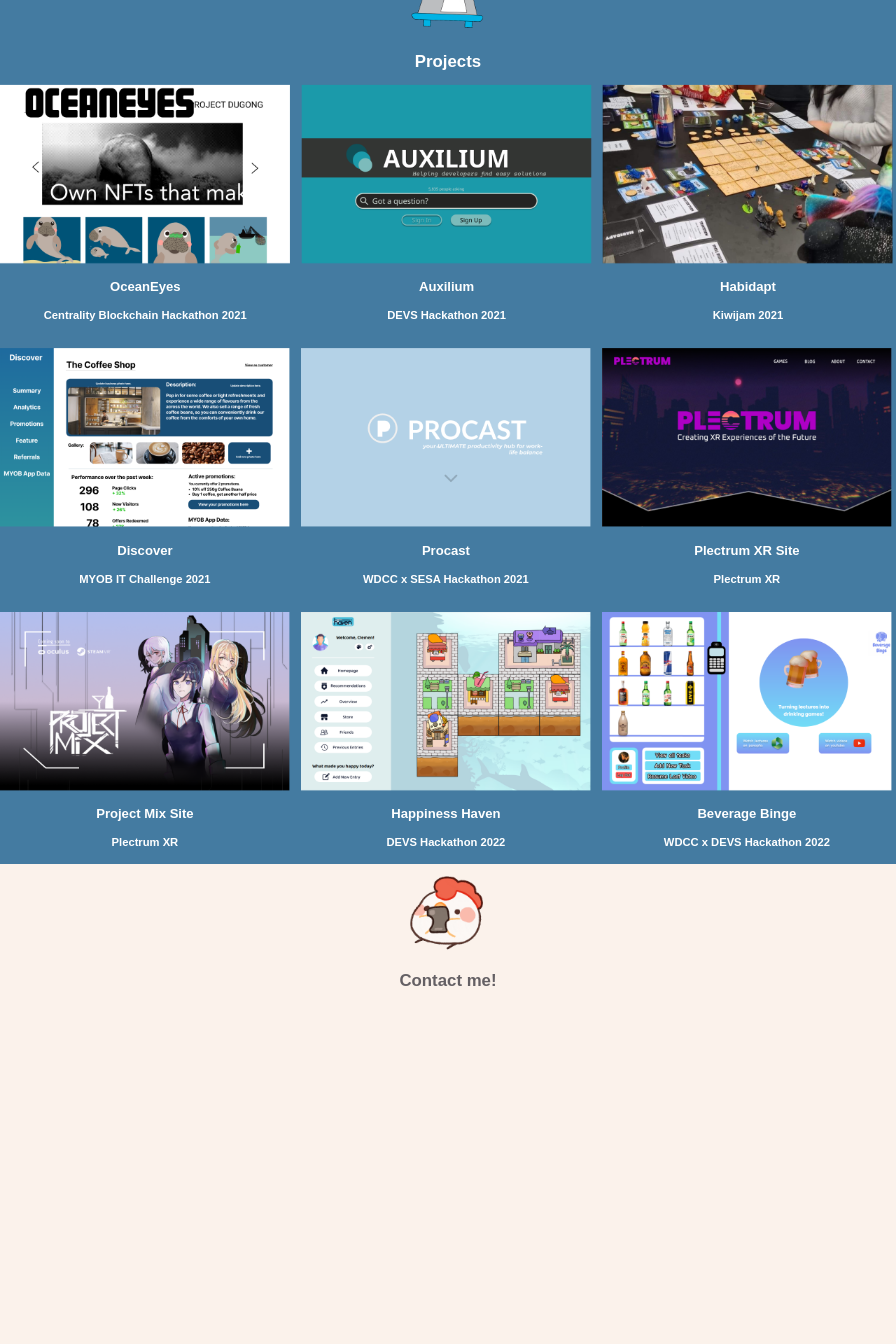
Repository: lukisoo/lukisoo-portfolio
Page: /
The author's editor kept a copy of each file at every save. The page is drawn from the files as they stood at one save, then again after a run of saves.
The browser window is 1280 px wide. The pictures show the part of the page from y = 1505 to 3425 px (the page is 3460 px tall before and 3490 px after), at 70% of full size.
The project was rebuilt for these pictures with package versions that can differ from the ones it lists, and the page was loaded fresh each time.

Above is the page before, as saved 2022-07-31 17:23:11.

### public/index.html
<!DOCTYPE html>
<html lang="en">
  <head>
    <meta charset="utf-8" />
    <link rel="icon" href="%PUBLIC_URL%/favicon.ico" />
    <meta name="viewport" content="width=device-width, initial-scale=1" />
    <meta name="theme-color" content="#000000" />
    <meta
      name="description"
      content="Web site created using create-react-app"
    />
    <link rel="apple-touch-icon" href="%PUBLIC_URL%/logo192.png" />
    <!--
      manifest.json provides metadata used when your web app is installed on a
      user's mobile device or desktop. See https://developers.google.com/web/fundamentals/web-app-manifest/
    -->
    <link rel="manifest" href="%PUBLIC_URL%/manifest.json" />
    <!--
      Notice the use of %PUBLIC_URL% in the tags above.
      It will be replaced with the URL of the `public` folder during the build.
      Only files inside the `public` folder can be referenced from the HTML.

      Unlike "/favicon.ico" or "favicon.ico", "%PUBLIC_URL%/favicon.ico" will
      work correctly both with client-side routing and a non-root public URL.
      Learn how to configure a non-root public URL by running `npm run build`.
    -->
    <title>Lucy Zhu's Portfolio</title>
  </head>
  <body>
    <noscript>You need to enable JavaScript to run this app.</noscript>
    <div id="root"></div>
    <!--
      This HTML file is a template.
      If you open it directly in the browser, you will see an empty page.

      You can add webfonts, meta tags, or analytics to this file.
      The build step will place the bundled scripts into the <body> tag.

      To begin the development, run `npm start` or `yarn start`.
      To create a production bundle, use `npm run build` or `yarn build`.
    -->
  </body>
</html>

### src/index.js
import React from "react";
import {
  BrowserRouter as Router,
  Route,
  BrowserRouter,
} from "react-router-dom";
import ReactDOM from "react-dom/client";
import "./index.css";
import App from "./App";
import reportWebVitals from "./reportWebVitals";

const root = ReactDOM.createRoot(document.getElementById("root"));
root.render(
  <React.StrictMode>
    <BrowserRouter>
        <App />
    </BrowserRouter>
  </React.StrictMode>
);

// If you want to start measuring performance in your app, pass a function
// to log results (for example: reportWebVitals(console.log))
// or send to an analytics endpoint. Learn more: https://bit.ly/CRA-vitals
reportWebVitals();

### src/index.css
@import url('https://fonts.googleapis.com/css2?family=Source+Sans+Pro:ital,wght@0,200;0,300;0,400;0,600;0,700;0,900;1,200;1,300;1,400;1,600;1,700;1,900&display=swap');

body {
  margin: 0;
  /* font-family: -apple-system, BlinkMacSystemFont, 'Segoe UI', 'Roboto', 'Oxygen',
    'Ubuntu', 'Cantarell', 'Fira Sans', 'Droid Sans', 'Helvetica Neue',
    sans-serif; */
    font-family: arial;
  -webkit-font-smoothing: antialiased;
  -moz-osx-font-smoothing: grayscale;
  background-color: #447BA1;
  color: white;
  /* font-family: 'Source Sans Pro', sans-serif; */
  overflow-x: hidden;
  scroll-behavior: smooth;
}

code {
  font-family: source-code-pro, Menlo, Monaco, Consolas, 'Courier New',
    monospace;
}

a {
  text-decoration: none;
}

### src/App.js
import "./App.css";

import { Link } from "react-router-dom";
import { Tooltip, Grid } from "@mui/material";
import { motion } from "framer-motion";

import ProjectsData from "./data/projectsData";

import ProfilePhoto from "./images/header/profile-photo.png";
import LinkedinLogo from "./images/header/linkedin-logo.png";
import GithubLogo from "./images/header/github-logo.png";
import ExperienceLogo from "./images/about-me/experience.png";
import AchievementsLogo from "./images/about-me/achievements.png";

import Laptop from "./images/about-me/laptop.gif";
import Tools from "./images/about-me/tools.gif";
import Projects from "./images/projects-section/projects.gif";
import Contact from "./images/contact/contact.gif";

function App() {
  return (
    <div className="App">
      <header className="full-section">
        <div className="header-image">
          <img
            src={ProfilePhoto}
            className="profile-photo"
            alt="Profile Photo"
          />
        </div>

        <div className="header-content">
          <Grid container spacing={3}>
            <Grid item xs={12} md={12}>
              <motion.div
                viewport={{ once: true }}
                transition={{ duration: 1 }}
                whileInView={{ y: ["-2000px", "0px", "-50px", "0px"] }}
              >
                <h2>Hey there, I'm Lucy Zhu.</h2>
              </motion.div>
            </Grid>
            <Grid item xs={12} md={12}>
              <Tooltip title="LinkedIn">
                <a href="https://www.linkedin.com/in/lucyzhu613/">
                  <img
                    src={LinkedinLogo}
                    className="social-logo"
                    alt="Linkedin Logo"
                  />
                </a>
              </Tooltip>
              <Tooltip title="Github">
                <a href="https://github.com/lukisoo">
                  <img
                    src={GithubLogo}
                    className="social-logo"
                    alt="Github Logo"
                  />
                </a>
              </Tooltip>
            </Grid>
            <Grid item xs={12} md={12}>
              <hr className="header-divider" />
            </Grid>
            <Grid item xs={12} md={4}>
              <a href="#about-me-section">
                <div className="box-1">
                  <div className="btn btn-one">
                    <span>ABOUT ME</span>
                  </div>
                </div>
              </a>
            </Grid>
            <Grid item xs={12} md={4}>
              <a href="#projects-section">
                <div className="box-1">
                  <div className="btn btn-one">
                    <span>PROJECTS</span>
                  </div>
                </div>
              </a>
            </Grid>
            <Grid item xs={12} md={4}>
              <a href="#contact-section">
                <div className="box-1">
                  <div className="btn btn-one">
                    <span>CONTACT</span>
                  </div>
                </div>
              </a>
            </Grid>
          </Grid>
        </div>
      </header>

      <section id="about-me-section" className="full-section">
        <motion.div
          viewport={{ once: true }}
          transition={{ duration: 1 }}
          whileInView={{ y: ["-2000px", "0px", "-50px", "-25px"] }}
        ></motion.div>
        <div className="about-me-content">
          <Grid container spacing={0}>
            <Grid item xs={12} md={4}>
              <div className="about-me-left">
                {" "}
                <div className="details-content">
                  {" "}
                  <motion.div
                    viewport={{ once: true }}
                    transition={{ duration: 1 }}
                    whileInView={{ y: ["-200px", "0px", "-50px", "0px"] }}
                  >
                    <h1>About me!</h1>
                    <img
                      src={ProfilePhoto}
                      className="profile-photo"
                      alt="Profile Photo"
                    />
                    <p>Conjoint Engineering (honours) & Commerce at UoA</p>
                    <p>Software Engineering | Finance | Accounting</p>
                    <hr />
                    <p>
                      <br />
                      Currently, most of my work is in frontend or full-stack
                      development.
                      <br />
                      <br />
                    </p>
                    <hr />
                    <h3>Find out more:</h3>
                    <div className="about-me-logo-section">
                      <Tooltip title="Experience">
                        <img
                          src={ExperienceLogo}
                          className="about-me-logo"
                          alt="Experience Logo"
                        />
                      </Tooltip>
                      <Tooltip title="Achievements">
                        <img
                          src={AchievementsLogo}
                          className="about-me-logo"
                          alt="Achievements Logo"
                        />
                      </Tooltip>
                    </div>{" "}
                  </motion.div>
                </div>
              </div>
            </Grid>
            <Grid item xs={12} md={8}>
              <div className="about-me-right">
                <div className="skills-content">
                  <motion.div
                    viewport={{ once: true }}
                    transition={{ duration: 1 }}
                    whileInView={{ y: ["-200px", "0px", "-50px", "0px"] }}
                  >
                    <img src={Laptop} className="laptop-gif" alt="Laptop" />
                    <h2>Technologies</h2>
                    <p>React | Next.js | HTML | Javascript | CSS</p>
                    <p>
                      Bootstrap | Material UI | Tailwind CSS | Chakra UI | Ant
                      Design
                    </p>
                    <p>Node.js | Express.js | MySQL | MongoDB</p>
                    <p>Python | Java</p>
                    <br />{" "}
                  </motion.div>{" "}
                  <motion.div
                    viewport={{ once: true }}
                    transition={{ duration: 1 }}
                    whileInView={{ y: ["-200px", "0px", "-50px", "0px"] }}
                  >
                    <img src={Tools} className="tools-gif" alt="Tools" />
                    <h2>Other skills / tools</h2>
                    <p>
                      UI / UX Design | Traditional / Digital Art | Graphic
                      Design | Responsive Design
                    </p>
                    <p>
                      Figma | Miro | Jira | Asana | Notion | Procreate | GIMP |
                      LaTeX
                    </p>{" "}
                  </motion.div>
                </div>
              </div>
            </Grid>
          </Grid>
        </div>
      </section>

      <section id="projects-section" className="full-section-projects">
        <div>
          <img src={Projects} className="projects-gif" alt="Projects" />
          <h1>Projects</h1>
          <Grid container spacing={2}>
            {ProjectsData.map((Project, i) => (
              <Grid item xs={6} md={4}>
              <img src={Project.header} alt={Project.title}/>
                <h3>{Project.title}</h3>
                <h4>{Project.affiliation}</h4>
                <div className="project-bottom-bar"></div>
              </Grid>
            ))}
          </Grid>
        </div>
      </section>

      <section id="contact-section" className="full-section">
        <div className="contact-content">
          <img
            src={Contact}
            className="contact-gif"
            alt="Paper Plane - Contact"
          />
          <h1>Contact me!</h1>
          <Grid container spacing={2}>
            <Grid item xs={6} md={8}></Grid>
            <Grid item xs={6} md={4}></Grid>
            <Grid item xs={6} md={4}></Grid>
            <Grid item xs={6} md={8}></Grid>
          </Grid>
        </div>
      </section>
    </div>
  );
}

export default App;

### src/App.css
.App {
  text-align: center;
  margin: 0;
}

/* Section Content */
.full-section {
  height: 100vh;
  width: 100vw;
}

.full-section-projects {
  width: 100vw;
  height: auto;
}

/* Buttons */
.box-1 {
  /* background-color: hsl(0, 100%, 70%);  */
  width: 250px;
  margin: auto;
}

.btn {
	line-height: 50px;
	height: 50px;
	text-align: center;
	width: 250px;
	cursor: pointer;
}

.btn-one {
	color: #FFF;
	transition: all 0.3s;
	position: relative;
}
.btn-one span {
	transition: all 0.3s;
}
.btn-one::before {
	content: '';
	position: absolute;
	bottom: 0;
	left: 0;
	width: 100%;
	height: 100%;
	z-index: 1;
	opacity: 0;
	transition: all 0.3s;
	border-top-width: 1px;
	border-bottom-width: 1px;
	border-top-style: solid;
	border-bottom-style: solid;
	border-top-color: rgba(255,255,255,0.5);
	border-bottom-color: rgba(255,255,255,0.5);
	transform: scale(0.1, 1);
}
.btn-one:hover span {
	letter-spacing: 2px;
}
.btn-one:hover::before {
	opacity: 1;
	transform: scale(1, 1);
}
.btn-one::after {
	content: '';
	position: absolute;
	bottom: 0;
	left: 0;
	width: 100%;
	height: 100%;
	z-index: 1;
	transition: all 0.3s;
	background-color: rgba(255,255,255,0.1);
}
.btn-one:hover::after {
	opacity: 0;
	transform: scale(0.1, 1);
}

/* Header CSS */
.header-content {
  width: 60vw;
  height: 70vh;
  margin: 0 auto 0 auto;
  margin-top: 2vh;
  /* background-color: red; */
}

.header-divider {
  color: white;
  border-width: 2px;
}

.header-image {
  background: linear-gradient(180deg, #FBF2EB 50%, #ffffff00 50%);
  border-top: 13vh solid #FBF2EB;
  width: 100vw;
  height: auto;
}

.profile-photo {
  width: 10vw;
  height: auto;
}

.social-logo {
  width: 40px;
  height: auto;
  padding: 0 1% 0 1%;
}

.social-logo:hover {
  opacity: 0.8;
  cursor: pointer;
}

/* About Me CSS */
#about-me-section {
  background-color: #FBF2EB;
}

.about-me-content {
  height: 100vh;
  width: 100vw;
}

.about-me-logo-section {
  /* height: 100px; */
}

.about-me-logo {
  width: 50px;
  margin: 5% 3% 0 3%;
  padding: 1%;
}

.about-me-logo:hover {
  border-radius: 15px;
  /* border: 1px solid #A79FA7; */
  opacity: 0.8;
  cursor: pointer;
}

.about-me-left {

}

.details-content {
  padding: 8% 8% 8% 8%;
  color: #646064;
}

.about-me-right {
  background-color: #A79FA7;
  height: 100vh;

}

.skills-content {
  padding: 5% 0 5% 0;
}

.laptop-gif {
  width: 8vw;
}

.tools-gif {
  width: 6vw;
}

/* Projects CSS */
.projects-gif {
  width: 9vw;
}

.project-bottom-bar {
  background-color: red;
}

/* Contact CSS */

#contact-section {
  background-color: #FBF2EB;
}

.contact-content {
  color: #646064;
}

.contact-gif {
  width: 10vw;
}

### src/data/projectsData.js
import OceanEyes from "../images/projects-section/header-images/oceaneyes.png";
import Auxilium from "../images/projects-section/header-images/auxilium.png";
import Habidapt from "../images/projects-section/header-images/habidapt.png";
import Discover from "../images/projects-section/header-images/discover.png";
import Procast from "../images/projects-section/header-images/procast.png";
import PlectrumSite from "../images/projects-section/header-images/plectrum-site.png";
import ProjectMixSite from "../images/projects-section/header-images/project-mix-site.png";
import HappinessHaven from "../images/projects-section/header-images/happiness-haven.png";
import BeverageBinge from "../images/projects-section/header-images/beverage-binge.png";

const projectsData = [
  {
    id: 0,
    title: "OceanEyes",
    header: OceanEyes,
    affiliation: "Centrality Blockchain Hackathon 2021",
    description:
      "OceanEyes is a project created for the 2021 CENNZ Blockchain Hackathon. An ocean health and biodiversity project which aims to ensure the transparency and credibility of fisheries and conservations by using NFT and blockchain during issuance of certifications and charity efforts.",
    color: "#FFFFFF",
  },
  {
    id: 1,
    title: "Auxilium",
    header: Auxilium,
    affiliation: "DEVS Hackathon 2021",
    description:
      "Auxilium is a project created for the 2021 DEVS Hackathon (themed 'Devs for Devs') that secured our group 3rd place. The lack of a beginner-friendly community is a real issue, so we created one ourselves. This web app includes a Q&A, groups, achievements, and challenges, alongside many other features that allow beginner developers to help each other, connect with one another, and encourage them to gain more skills and opportunities.",
    color: "#1B9AAA",
  },
  {
    id: 2,
    title: "Habidapt",
    header: Habidapt,
    affiliation: "Kiwijam 2021",
    description:
      "Created a board game, 'Habidapt', for the 2021 KiwiJam, which was themed 'adapt'. Habidapt involved strategically transformaing into different animals to enter different terrains to gain the most tokens possible. We illustrated our designs, laser cut the board and tokens, 3d printed our animal game pieces, and spent a very long time figuring out game logic.",
    color: "#454140",
  },
  {
    id: 3,
    title: "Discover",
    header: Discover,
    affiliation: "MYOB IT Challenge 2021",
    description:
      "'Discover' is a web app created for the 2021 MYOB IT Challenge, which had a theme that invovled helping small NZ and Australian Businesses. It is very difficult and costly for small businesses to get the exposure they deserve, so our platform aims to increase their exposure to a wider audience. Businesses can register themselves onto the platform and showcase their products or services, view analytics, and provide discounts. Customers will be able to view this and refer their friends.",
    color: "#2D929F",
  },
  {
    id: 4,
    title: "Procast",
    header: Procast,
    affiliation: "WDCC x SESA Hackathon 2021",
    description:
      "An interesting web app which promotes a healthy 'work life balance' for the 2021 WDCC x SESA Hackathon themed 'pro-procrastination'. Basically a productivity tool that distracts you while you do work, and justifies that it's trying to help you keep that work life balance by taking breaks, showing you videos and events near you, and encouraging you to have fun with friends and family instead.",
    color: "#B4D2E7",
  },
  {
    id: 5,
    title: "Plectrum XR Site",
    header: PlectrumSite,
    affiliation: "Plectrum XR",
    description: "...",
    color: "#000000",
  },
  {
    id: 6,
    title: "Project Mix Site",
    header: ProjectMixSite,
    affiliation: "Plectrum XR",
    description: "...",
    color: "#0E0D0F",
  },
  {
    id: 7,
    title: "Happiness Haven",
    header: HappinessHaven,
    affiliation: "DEVS Hackathon 2022",
    description: "...",
    color: "#DFEEEE",
  },
  {
    id: 8,
    title: "Beverage Binge",
    header: BeverageBinge,
    affiliation: "WDCC x DEVS Hackathon 2022",
    description: "...",
    color: "#8093F1",
  },
];

export default projectsData;

Loaded but not shown: src/reportWebVitals.js (common file)

After the next 2 saves:
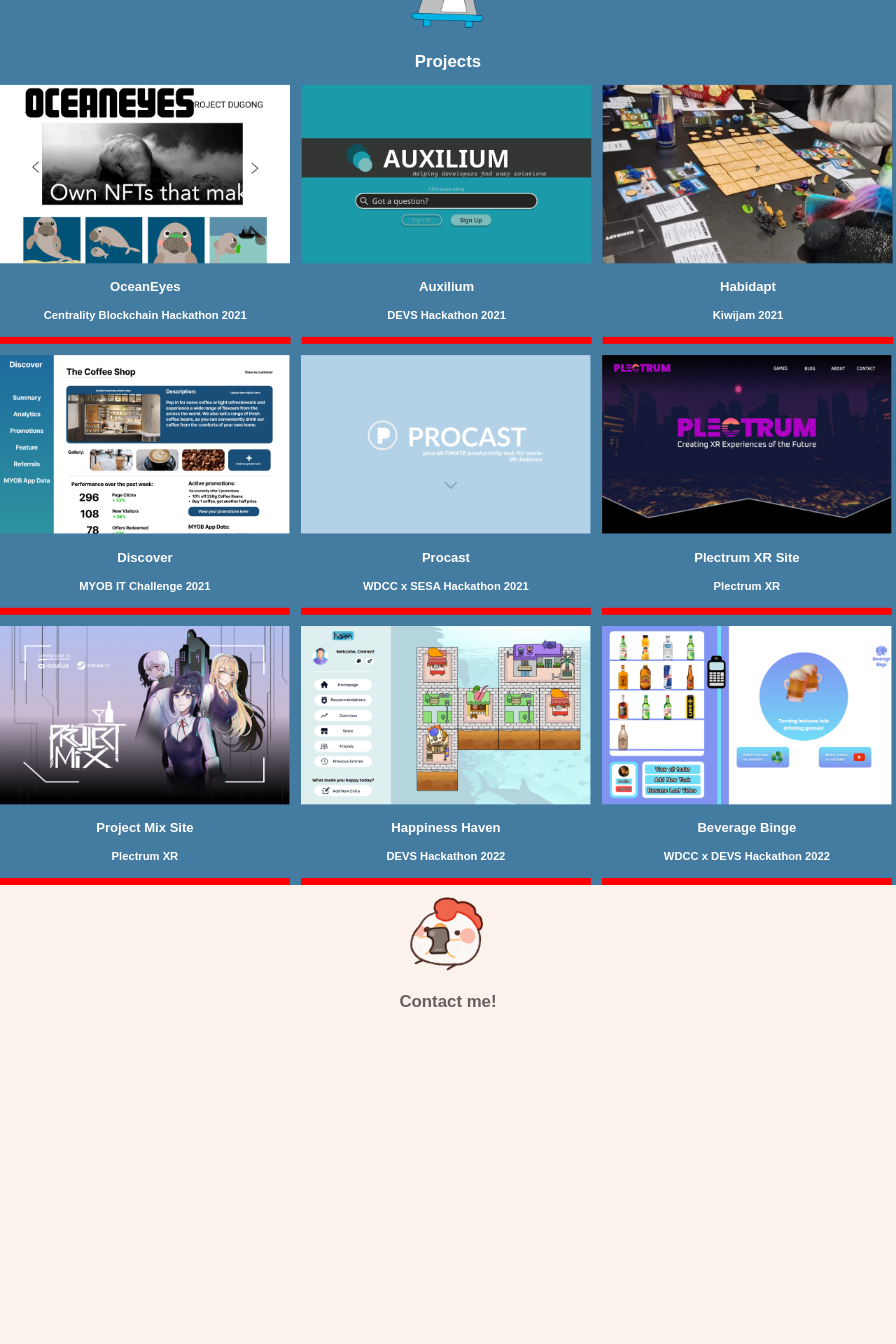
The 2 saves are shown as one change because they came seconds apart.
The last was saved 54 s later.
--- a/src/App.css
+++ b/src/App.css
@@ -176,6 +176,8 @@
 
 .project-bottom-bar {
   background-color: red;
+  height: 10px;
+  width: 100%;
 }
 
 /* Contact CSS */
